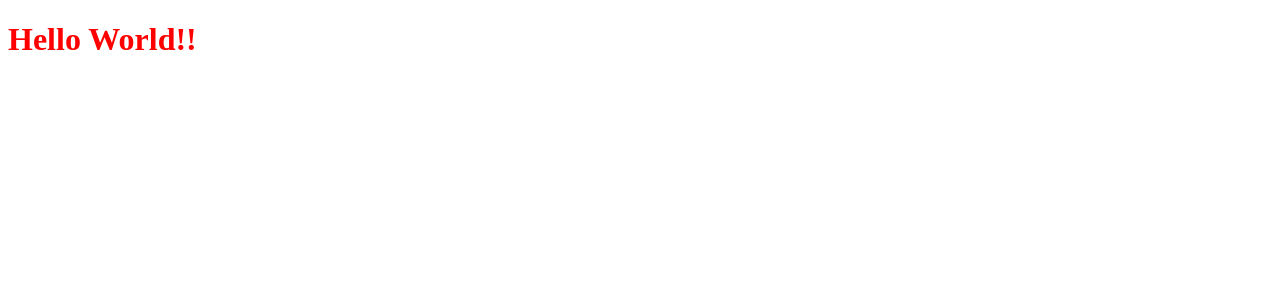
Repository: neerajachinnareddy/namaste-react
Page: index.html
The author's editor kept a copy of each file at every save. The page is drawn from the files as they stood at one save, then again after the next save.
The browser window is 1280 px wide. The pictures show the whole page.

Above is the page before, as saved 2024-07-24 08:12:04.

After the next save:
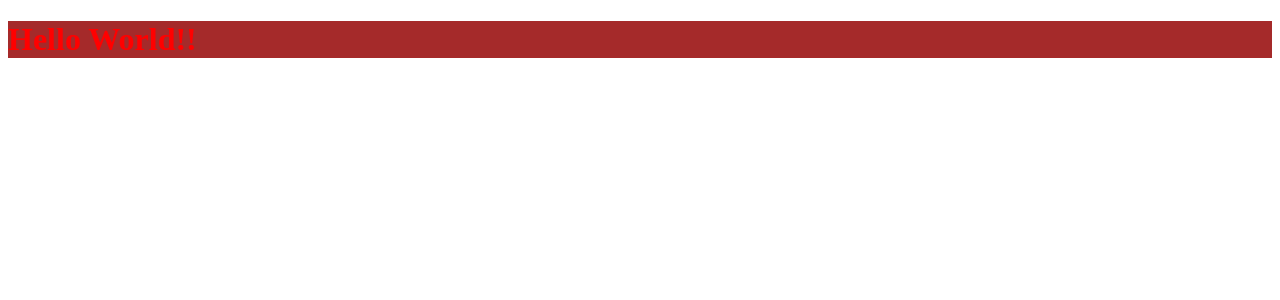
Saved 52 s later.
--- a/app.css
+++ b/app.css
@@ -1,4 +1,4 @@
-.root {
+#root {
     background-color: brown;
 }
 h1 {
